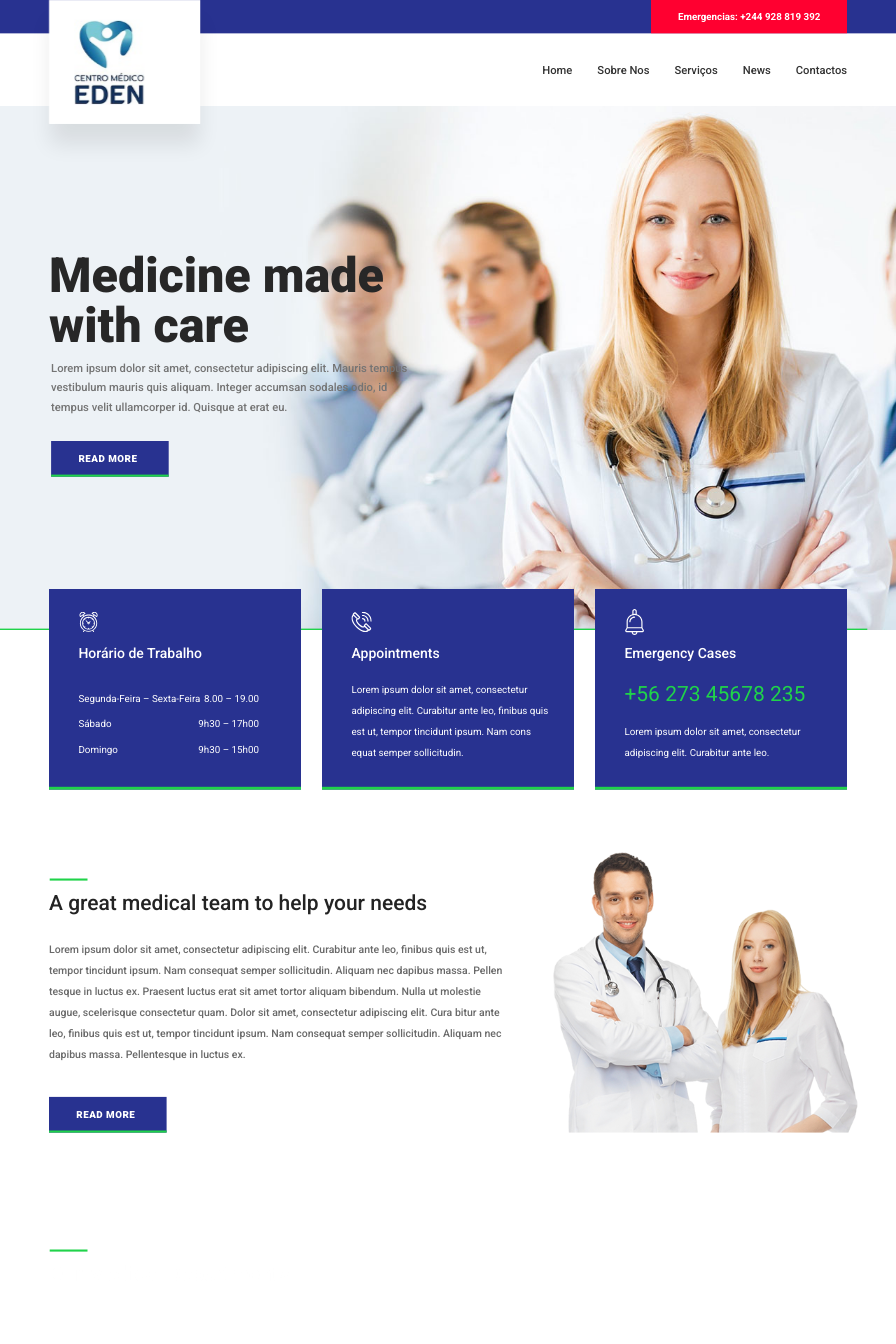
Repository: Nanitamo/centro-medico-eden-webpage
Page: index.html
An editor plug-in stored every save of this project. The page is shown before and after a run of saves, followed by the edit.
The browser window is 1280 px wide. The pictures show the part of the page from y = 0 to 1920 px (the page is 4535 px tall), at 70% of full size.

Above is the page before, as saved 2020-06-18 14:50:08.

### index.html
<!DOCTYPE html>
<html lang="pt">
<head>
<title>Centro Médico Eden</title>
<meta charset="utf-8">
<meta http-equiv="X-UA-Compatible" content="IE=edge">
<meta name="description" content="CareMed demo project">
<meta name="viewport" content="width=device-width, initial-scale=1">
<link rel="stylesheet" type="text/css" href="styles/bootstrap4/bootstrap.min.css">
<link href="plugins/font-awesome-4.7.0/css/font-awesome.min.css" rel="stylesheet" type="text/css">
<link rel="stylesheet" type="text/css" href="plugins/OwlCarousel2-2.2.1/owl.carousel.css">
<link rel="stylesheet" type="text/css" href="plugins/OwlCarousel2-2.2.1/owl.theme.default.css">
<link rel="stylesheet" type="text/css" href="plugins/OwlCarousel2-2.2.1/animate.css">
<link rel="stylesheet" type="text/css" href="styles/main_styles.css">
<link rel="stylesheet" type="text/css" href="styles/responsive.css">
</head>
<body>

<div class="super_container">

	<!-- Header -->

	<header class="header trans_200">

		<!-- Top Bar -->
		<div class="top_bar">
			<div class="container">
				<div class="row">
					<div class="col">
						<div class="top_bar_content d-flex flex-row align-items-center justify-content-start">
							<!-- <div class="top_bar_item"><a href="#">FAQ</a></div>
							<div class="top_bar_item"><a href="#">Request an Appointment</a></div> -->
							<div class="emergencies  d-flex flex-row align-items-center justify-content-start ml-auto">Emergencias: +244 928 819 392</div>
						</div>

					</div>
				</div>
			</div>
		</div>

		<!-- Header Content -->
		<div class="header_container">
			<div class="container">
				<div class="row">
					<div class="col">
						<div class="header_content d-flex flex-row align-items-center justify-content-start">
							<nav class="main_nav ml-auto">
								<ul>
									<li><a href="index.html">Home</a></li>
									<li><a href="about.html">Sobre Nos</a></li>
									<li><a href="services.html">Serviços</a></li>
									<li><a href="news.html">News</a></li>
									<li><a href="contact.html">Contactos</a></li>
								</ul>
							</nav>
							<div class="hamburger ml-auto"><i class="fa fa-bars" aria-hidden="true"></i></div>
						</div>
					</div>
				</div>
			</div>
		</div>

		<!-- Logo -->
		<div class="logo_container_outer">
			<div class="container">
				<div class="row">
					<div class="col">
						<div class="logo_container">
							<a href="#">
								<div class="logo_content d-flex flex-column align-items-start justify-content-center">
									<!-- <div class="logo_line"></div>
									<div class="logo d-flex flex-row align-items-center justify-content-center">
										<div class="logo_text">Care<span>Med</span></div>
										<div class="logo_box">+</div>
									</div>
									<div class="logo_sub">Health Care Center</div> -->
									<img src="./images/logo.jpg" alt="Logotipo" >
								</div>
							</a>
						</div>
					</div>
				</div>
			</div>
		</div>

	</header>

	<!-- Menu -->

	<div class="menu_container menu_mm">

		<!-- Menu Close Button -->
		<div class="menu_close_container">
			<div class="menu_close"></div>
		</div>

		<!-- Menu Items -->
		<div class="menu_inner menu_mm">
			<div class="menu menu_mm">
				<ul class="menu_list menu_mm">
					<li class="menu_item menu_mm"><a href="index.html">Home</a></li>
					<li class="menu_item menu_mm"><a href="about.html">Sobre Nos</a></li>
					<li class="menu_item menu_mm"><a href="services.html">Serviços</a></li>
					<li class="menu_item menu_mm"><a href="news.html">News</a></li>
					<li class="menu_item menu_mm"><a href="contact.html">Contactos</a></li>
				</ul>
			</div>
			<div class="menu_extra">
				<div class="menu_appointment"><a href="#">Request an Appointment</a></div>
				<div class="menu_emergencies">Para Emergencias: +244 928 819 392</div>
			</div>

		</div>

	</div>

	<!-- Home -->

	<div class="home">
		<div class="home_slider_container">
			<!-- Home Slider -->
			<div class="owl-carousel owl-theme home_slider">

				<!-- Slider Item -->
				<div class="owl-item">
					<div class="home_slider_background" style="background-image:url(images/home_background_1.jpg)"></div>
					<div class="home_content">
						<div class="container">
							<div class="row">
								<div class="col">
									<div class="home_content_inner">
										<div class="home_title"><h1>Medicine made with care</h1></div>
										<div class="home_text">
											<p>Lorem ipsum dolor sit amet, consectetur adipiscing elit. Mauris tempus vestibulum mauris quis aliquam. Integer accumsan sodales odio, id tempus velit ullamcorper id. Quisque at erat eu.</p>
										</div>
										<div class="button home_button">
											<a href="#">read more</a>
										</div>
									</div>
								</div>
							</div>
						</div>
					</div>
				</div>

				<!-- Slider Item -->
				<div class="owl-item">
					<div class="home_slider_background" style="background-image:url(images/home_background_1.jpg)"></div>
					<div class="home_content">
						<div class="container">
							<div class="row">
								<div class="col">
									<div class="home_content_inner">
										<div class="home_title"><h1>Medicine made with care</h1></div>
										<div class="home_text">
											<p>Lorem ipsum dolor sit amet, consectetur adipiscing elit. Mauris tempus vestibulum mauris quis aliquam. Integer accumsan sodales odio, id tempus velit ullamcorper id. Quisque at erat eu.</p>
										</div>
										<div class="button home_button">
											<a href="#">read more</a>
										</div>
									</div>
								</div>
							</div>
						</div>
					</div>
				</div>

				<!-- Slider Item -->
				<div class="owl-item">
					<div class="home_slider_background" style="background-image:url(images/home_background_1.jpg)"></div>
					<div class="home_content">
						<div class="container">
							<div class="row">
								<div class="col">
									<div class="home_content_inner">
										<div class="home_title"><h1>Medicine made with care</h1></div>
										<div class="home_text">
											<p>Lorem ipsum dolor sit amet, consectetur adipiscing elit. Mauris tempus vestibulum mauris quis aliquam. Integer accumsan sodales odio, id tempus velit ullamcorper id. Quisque at erat eu.</p>
										</div>
										<div class="button home_button">
											<a href="#">read more</a>
										</div>
									</div>
								</div>
							</div>
						</div>
					</div>
				</div>

			</div>

			<!-- Slider Progress -->
			<div class="home_slider_progress"></div>
		</div>
	</div>

	<!-- 3 Boxes -->

	<div class="boxes">
		<div class="container">
			<div class="row">

				<!-- Box -->
				<div class="col-lg-4 box_col">
					<div class="box working_hours">
						<div class="box_icon d-flex flex-column align-items-start justify-content-center"><div style="width:29px; height:29px;"><img src="images/alarm-clock.svg" alt=""></div></div>
						<div class="box_title">Horário de Trabalho</div>
						<div class="working_hours_list">
							<ul>
								<li class="d-flex flex-row align-items-center justify-content-start">
									<div>Segunda-Feira – Sexta-Feira</div>
									<div class="ml-auto">8.00 – 19.00</div>
								</li>
								<li class="d-flex flex-row align-items-center justify-content-start">
									<div>Sábado</div>
									<div class="ml-auto">9h30 – 17h00</div>
								</li>
								<li class="d-flex flex-row align-items-center justify-content-start">
									<div>Domingo</div>
									<div class="ml-auto">9h30 – 15h00</div>
								</li>
							</ul>
						</div>
					</div>
				</div>

				<!-- Box -->
				<div class="col-lg-4 box_col">
					<div class="box box_appointments">
						<div class="box_icon d-flex flex-column align-items-start justify-content-center"><div style="width: 29px; height:29px;"><img src="images/phone-call.svg" alt=""></div></div>
						<div class="box_title">Appointments</div>
						<div class="box_text">Lorem ipsum dolor sit amet, consectetur adipiscing elit. Curabitur ante leo, finibus quis est ut, tempor tincidunt ipsum. Nam cons equat semper sollicitudin.</div>
					</div>
				</div>

				<!-- Box -->
				<div class="col-lg-4 box_col">
					<div class="box box_emergency">
						<div class="box_icon d-flex flex-column align-items-start justify-content-center"><div style="width: 37px; height:37px; margin-left:-4px;"><img src="images/bell.svg" alt=""></div></div>
						<div class="box_title">Emergency Cases</div>
						<div class="box_phone">+56 273 45678 235</div>
						<div class="box_emergency_text">Lorem ipsum dolor sit amet, consectetur adipiscing elit. Curabitur ante leo.</div>
					</div>
				</div>

			</div>
		</div>
	</div>

	<!-- About -->

	<div class="about">
		<div class="container">
			<div class="row row-lg-eq-height">

				<!-- About Content -->
				<div class="col-lg-7">
					<div class="about_content">
						<div class="section_title"><h2>A great medical team to help your needs</h2></div>
						<div class="about_text">
							<p>Lorem ipsum dolor sit amet, consectetur adipiscing elit. Curabitur ante leo, finibus quis est ut, tempor tincidunt ipsum. Nam consequat semper sollicitudin. Aliquam nec dapibus massa. Pellen tesque in luctus ex. Praesent luctus erat sit amet tortor aliquam bibendum. Nulla ut molestie augue, scelerisque consectetur quam. Dolor sit amet, consectetur adipiscing elit. Cura bitur ante leo, finibus quis est ut, tempor tincidunt ipsum. Nam consequat semper sollicitudin. Aliquam nec dapibus massa. Pellentesque in luctus ex.</p>
						</div>
						<div class="button about_button">
							<a href="#">read more</a>
						</div>
					</div>
				</div>

				<!-- About Image -->
				<div class="col-lg-5">
					<div class="about_image"><img src="images/about.png" alt=""></div>
				</div>
			</div>
		</div>
	</div>

	<!-- Departments -->

	<div class="departments">
		<div class="departments_background parallax-window" data-parallax="scroll" data-image-src="images/departments.jpg" data-speed="0.8"></div>
		<div class="container">
			<div class="row">
				<div class="col">
					<div class="section_title section_title_light"><h2>Our Medical Departments</h2></div>
				</div>
			</div>
			<div class="row departments_row row-md-eq-height">

				<!-- Department -->
				<div class="col-lg-3 col-md-6 dept_col">
					<div class="dept">
						<div class="dept_image"><img src="images/dept_1.jpg" alt=""></div>
						<div class="dept_content text-center">
							<div class="dept_title">plastic surgery</div>
							<div class="dept_subtitle">Dr. James Smith</div>
						</div>
					</div>
				</div>

				<!-- Department -->
				<div class="col-lg-3 col-md-6 dept_col">
					<div class="dept">
						<div class="dept_image"><img src="images/dept_2.jpg" alt=""></div>
						<div class="dept_content text-center">
							<div class="dept_title">gastroenterology</div>
							<div class="dept_subtitle">Dr. Gunter Roscoe</div>
						</div>
					</div>
				</div>

				<!-- Department -->
				<div class="col-lg-3 col-md-6 dept_col">
					<div class="dept">
						<div class="dept_image"><img src="images/dept_3.jpg" alt=""></div>
						<div class="dept_content text-center">
							<div class="dept_title">dentistry</div>
							<div class="dept_subtitle">Dr. Maria Williams</div>
						</div>
					</div>
				</div>

				<!-- Department -->
				<div class="col-lg-3 col-md-6 dept_col">
					<div class="dept">
						<div class="dept_text">
							<p>Lorem ipsum dolor sit amet, consectetur adipiscing elit. Curabitur ante leo, finibus quis est ut, tempor tincidunt ipsum. Nam consequat semper sollicitudin. Aliquam nec dap ibus massa. Pellen tesque in luctus ex.</p>
						</div>
						<div class="button dept_button"><a href="#">read more</a></div>
					</div>
				</div>
			</div>
		</div>
	</div>

	<!-- Services -->

	<div class="services">
		<div class="container">
			<div class="row">
				<div class="col">
					<div class="section_title"><h2>Our Featured Services</h2></div>
				</div>
			</div>
			<div class="row services_row">

				<!-- Service -->
				<div class="col-lg-4 col-md-6 service_col">
					<a href="services.html">
						<div class="service text-center trans_200">
							<div class="service_icon"><img class="svg" src="images/service_1.svg" alt=""></div>
							<div class="service_title trans_200">Free Checkups</div>
							<div class="service_text">
								<p>Lorem ipsum dolor sit amet, consectetur adipiscing elit. Curabitur ante leo, finibus quis est ut, tempor tincidunt ipsum. Nam consequat semper sollicitudin.</p>
							</div>
						</div>
					</a>
				</div>

				<!-- Service -->
				<div class="col-lg-4 col-md-6 service_col">
					<a href="services.html">
						<div class="service text-center trans_200">
							<div class="service_icon"><img class="svg" src="images/service_2.svg" alt=""></div>
							<div class="service_title trans_200">Screening Exams</div>
							<div class="service_text">
								<p>Lorem ipsum dolor sit amet, consectetur adipiscing elit. Curabitur ante leo, finibus quis est ut, tempor tincidunt ipsum. Nam consequat semper sollicitudin.</p>
							</div>
						</div>
					</a>
				</div>

				<!-- Service -->
				<div class="col-lg-4 col-md-6 service_col">
					<a href="services.html">
						<div class="service text-center trans_200">
							<div class="service_icon"><img class="svg" src="images/service_3.svg" alt=""></div>
							<div class="service_title trans_200">RMI Services</div>
							<div class="service_text">
								<p>Lorem ipsum dolor sit amet, consectetur adipiscing elit. Curabitur ante leo, finibus quis est ut, tempor tincidunt ipsum. Nam consequat semper sollicitudin.</p>
							</div>
						</div>
					</a>
				</div>

				<!-- Service -->
				<div class="col-lg-4 col-md-6 service_col">
					<a href="services.html">
						<div class="service text-center trans_200">
							<div class="service_icon"><img class="svg" src="images/service_4.svg" alt=""></div>
							<div class="service_title trans_200">Dentistry</div>
							<div class="service_text">
								<p>Lorem ipsum dolor sit amet, consectetur adipiscing elit. Curabitur ante leo, finibus quis est ut, tempor tincidunt ipsum. Nam consequat semper sollicitudin.</p>
							</div>
						</div>
					</a>
				</div>

				<!-- Service -->
				<div class="col-lg-4 col-md-6 service_col">
					<a href="services.html">
						<div class="service text-center trans_200">
							<div class="service_icon"><img class="svg" src="images/service_5.svg" alt=""></div>
							<div class="service_title trans_200">Neonatology</div>
							<div class="service_text">
								<p>Lorem ipsum dolor sit amet, consectetur adipiscing elit. Curabitur ante leo, finibus quis est ut, tempor tincidunt ipsum. Nam consequat semper sollicitudin.</p>
							</div>
						</div>
					</a>
				</div>

				<!-- Service -->
				<div class="col-lg-4 col-md-6 service_col">
					<a href="services.html">
						<div class="service text-center trans_200">
							<div class="service_icon"><img class="svg" src="images/service_6.svg" alt=""></div>
							<div class="service_title trans_200">Biochemistry</div>
							<div class="service_text">
								<p>Lorem ipsum dolor sit amet, consectetur adipiscing elit. Curabitur ante leo, finibus quis est ut, tempor tincidunt ipsum. Nam consequat semper sollicitudin.</p>
							</div>
						</div>
					</a>
				</div>
			</div>
		</div>
	</div>

	<!-- Call to action -->

	<div class="cta">
		<div class="cta_background parallax-window" data-parallax="scroll" data-image-src="images/cta.jpg" data-speed="0.8"></div>
		<div class="container">
			<div class="row">
				<div class="col">
					<div class="cta_content text-center">
						<h2>Need a personal health plan?</h2>
						<p>Duis massa massa, mollis vel ullamcorper quis, finibus et urna. Aliquam ac eleifend metus. Ut sollicitudin risus ex</p>
						<div class="button cta_button"><a href="#">request a plan</a></div>
					</div>
				</div>
			</div>
		</div>
	</div>

	<!-- Footer -->

	<footer class="footer">
		<div class="footer_container">
			<div class="container">
				<div class="row">

					<!-- Footer - About -->
					<div class="col-lg-4 footer_col">
						<div class="footer_about">
							<div class="footer_logo_container">
								<a href="#" class="d-flex flex-column align-items-center justify-content-center">
									<!-- <div class="logo_content">
										<div class="logo d-flex flex-row align-items-center justify-content-center">
											<div class="logo_text">Care<span>Med</span></div>
											<div class="logo_box">+</div>
										</div>
										<div class="logo_sub">Health Care Center</div>
									</div> -->
									<img src="./images/logo.jpg" alt="Logotipo">
								</a>
							</div>
							<div class="footer_about_text">
								<p>Lorem ipsum dolor sit amet, conse ctetur adipiscing elit. Curabitur ante leo, finibus quis est ut, tempor tincidunt ipsum.</p>
							</div>
							<ul class="footer_about_list">
								<li><div class="footer_about_icon"><img src="images/phone-call.svg" alt=""></div><span>+45 677 8993000 223</span></li>
								<li><div class="footer_about_icon"><img src="images/envelope.svg" alt=""></div><span>office@template.com</span></li>
								<li><div class="footer_about_icon"><img src="images/placeholder.svg" alt=""></div><span>Main Str. no 45-46, b3, 56832, Los Angeles, CA</span></li>
							</ul>
						</div>
					</div>

					<!-- Footer - Links -->
					<div class="col-lg-4 footer_col">
						<div class="footer_links footer_column">
							<div class="footer_title">Useful Links</div>
							<ul>
								<li><a href="#">Testimonials</a></li>
								<li><a href="#">FAQ</a></li>
								<li><a href="#">Apply for a Job</a></li>
								<li><a href="#">Terms & Conditions</a></li>
								<li><a href="#">Our Partners</a></li>
								<li><a href="#">Services</a></li>
								<li><a href="#">Free services</a></li>
								<li><a href="#">About us</a></li>
								<li><a href="#">News</a></li>
								<li><a href="#">Contact</a></li>
								<li><a href="#">Our Screening Program</a></li>
								<li><a href="#">FAQ</a></li>
							</ul>
						</div>
					</div>

					<!-- Footer - News -->
					<div class="col-lg-4 footer_col">
						<div class="footer_news footer_column">
							<div class="footer_title">Useful Links</div>
							<ul>
								<li>
									<div class="footer_news_title"><a href="news.html">Aliquam ac eleifend metus</a></div>
									<div class="footer_news_date">March 10, 2018</div>
								</li>
								<li>
									<div class="footer_news_title"><a href="news.html">Donec in libero sit amet mi vulputate</a></div>
									<div class="footer_news_date">March 10, 2018</div>
								</li>
								<li>
									<div class="footer_news_title"><a href="news.html">Aliquam ac eleifend metus</a></div>
									<div class="footer_news_date">March 10, 2018</div>
								</li>
							</ul>
						</div>
					</div>
				</div>
			</div>
		</div>
		<div class="copyright">
			<div class="container">
				<div class="row">
					<div class="col">
						<div class="copyright_content d-flex flex-lg-row flex-column align-items-lg-center justify-content-start">
							<div class="cr"><!-- Link back to Colorlib can't be removed. Template is licensed under CC BY 3.0. -->
						Copyright &copy;<script>document.write(new Date().getFullYear());</script> Todos os Direitos Reservados <i class="fa fa-heart-o" aria-hidden="true"></i> by <a href="" target="_blank">Centro Medico Eden</a>
<!-- Link back to Colorlib can't be removed. Template is licensed under CC BY 3.0. --></div>
							<div class="footer_social ml-lg-auto">
								<ul>
									<li><a href="#"><i class="fa fa-pinterest" aria-hidden="true"></i></a></li>
									<li><a href="#"><i class="fa fa-facebook" aria-hidden="true"></i></a></li>
									<li><a href="#"><i class="fa fa-twitter" aria-hidden="true"></i></a></li>
									<li><a href="#"><i class="fa fa-dribbble" aria-hidden="true"></i></a></li>
									<li><a href="#"><i class="fa fa-behance" aria-hidden="true"></i></a></li>
									<li><a href="#"><i class="fa fa-linkedin" aria-hidden="true"></i></a></li>
								</ul>
							</div>
						</div>
					</div>
				</div>
			</div>
		</div>
	</footer>
</div>

<script src="js/jquery-3.2.1.min.js"></script>
<script src="styles/bootstrap4/popper.js"></script>
<script src="styles/bootstrap4/bootstrap.min.js"></script>
<script src="plugins/OwlCarousel2-2.2.1/owl.carousel.js"></script>
<script src="plugins/easing/easing.js"></script>
<script src="plugins/parallax-js-master/parallax.min.js"></script>
<script src="js/custom.js"></script>
</body>
</html>

Loaded but not shown: styles/bootstrap4/bootstrap.min.css (library); plugins/font-awesome-4.7.0/css/font-awesome.min.css (library); plugins/OwlCarousel2-2.2.1/owl.carousel.css (library); plugins/OwlCarousel2-2.2.1/owl.theme.default.css (common file); plugins/OwlCarousel2-2.2.1/animate.css (library); js/jquery-3.2.1.min.js (library); styles/bootstrap4/popper.js (library); styles/bootstrap4/bootstrap.min.js (library); plugins/OwlCarousel2-2.2.1/owl.carousel.js (library); plugins/easing/easing.js (library); plugins/parallax-js-master/parallax.min.js (library); js/custom.js (204 lines, source omitted); styles/main_styles.css (1310 lines, source omitted); styles/responsive.css (427 lines, source omitted)

After the next 3 saves:
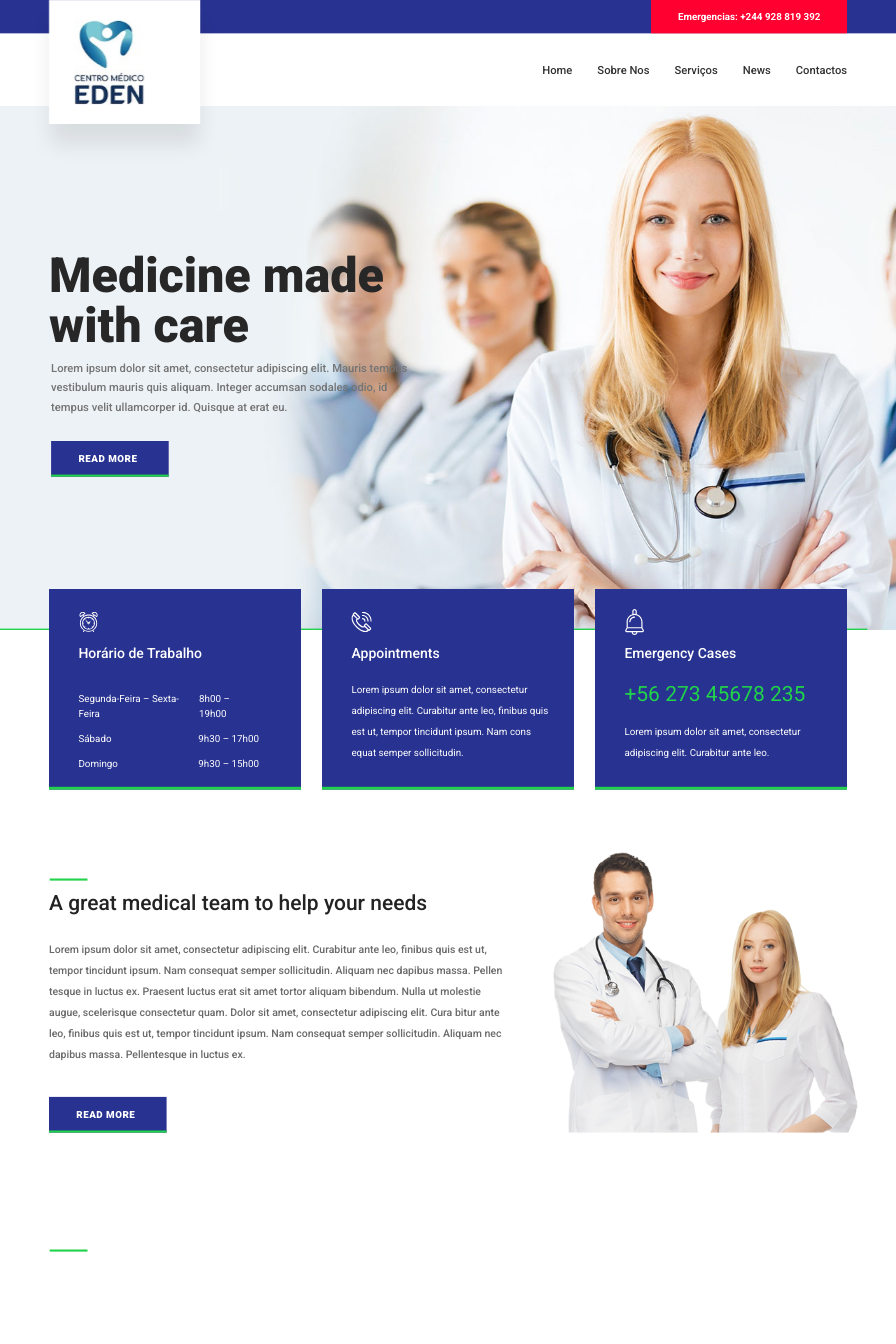
The 3 saves are shown as one change because they came seconds apart.
The last was saved 10 s later.
--- a/index.html
+++ b/index.html
@@ -209,7 +209,7 @@
 							<ul>
 								<li class="d-flex flex-row align-items-center justify-content-start">
 									<div>Segunda-Feira – Sexta-Feira</div>
-									<div class="ml-auto">8.00 – 19.00</div>
+									<div class="ml-auto">8h00 – 19h00</div>
 								</li>
 								<li class="d-flex flex-row align-items-center justify-content-start">
 									<div>Sábado</div>
